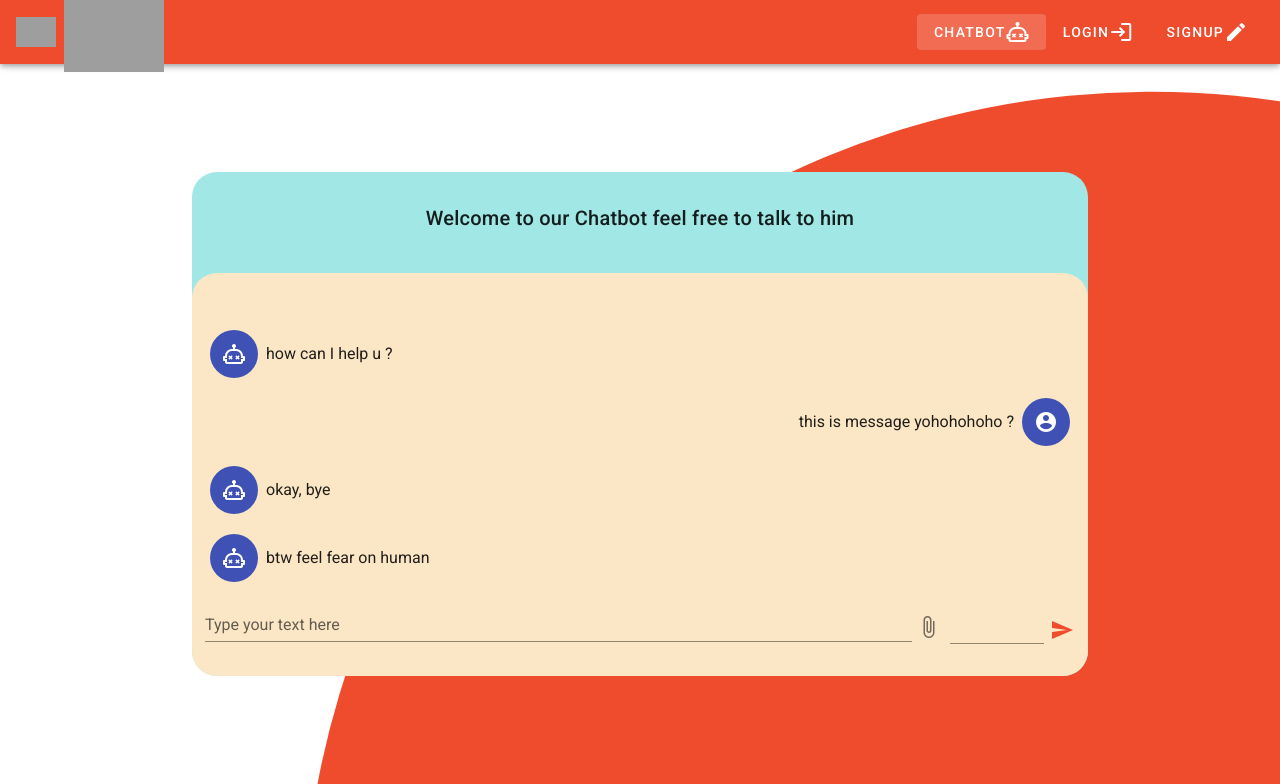
Repository: atout811/pyTorch-Hackathon
Page: /chatbot (app in frontend/)
An editor plug-in stored every save of this project. The page is shown before and after the next save, followed by the edit.
The browser window is 1280 px wide. The pictures show the whole page.
Pictures or frames that could not be fetched are drawn as grey boxes. The project was rebuilt for these pictures with package versions that can differ from the ones it lists, and the page was loaded fresh each time. Also part of the build but not shown: frontend/vue.config.js, frontend/src/views/Home.vue.

Above is the page before, as saved 2021-10-21 16:24:52.

After the next save:
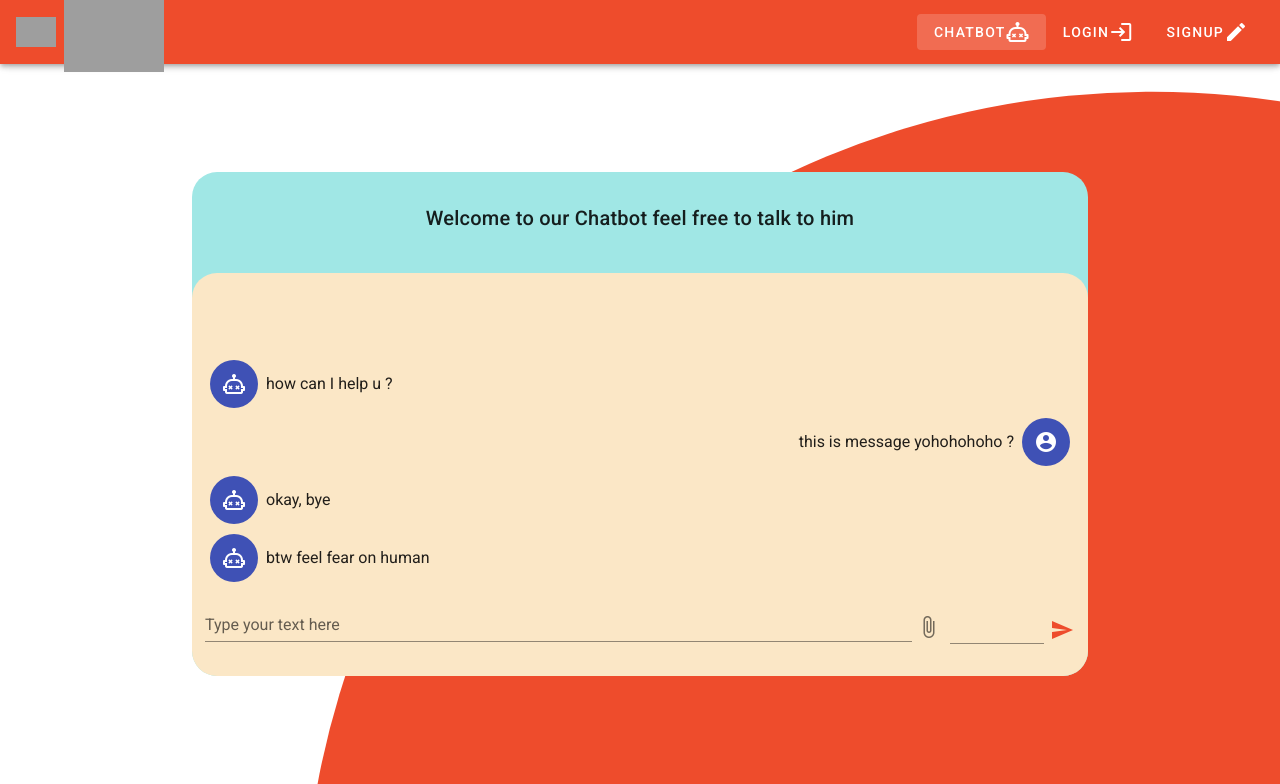
Saved 75 s later.
--- a/frontend/src/views/Chatbot.vue
+++ b/frontend/src/views/Chatbot.vue
@@ -3,18 +3,20 @@
     <div class="container">
       <h1 class="title">Welcome to our Chatbot feel free to talk to him</h1>
       <div class="chat-container">
-        <div v-for="(message, i) in chat" :key="i" class="messages">
-          <div :class="message.from == 'bot' ? 'bot' : 'user'">
-            <v-avatar class="avatar" color="indigo">
-              <v-icon dark>
-                {{
-                  message.from == "bot"
-                    ? "mdi-robot-dead-outline"
-                    : "mdi-account-circle"
-                }}
-              </v-icon>
-            </v-avatar>
-            <div class="messg">{{ message.message }}</div>
+        <div class="messages">
+          <div v-for="(message, i) in chat" :key="i" class="message">
+            <div :class="message.from == 'bot' ? 'bot' : 'user'">
+              <v-avatar class="avatar" color="indigo">
+                <v-icon dark>
+                  {{
+                    message.from == "bot"
+                      ? "mdi-robot-dead-outline"
+                      : "mdi-account-circle"
+                  }}
+                </v-icon>
+              </v-avatar>
+              <div class="messg">{{ message.message }}</div>
+            </div>
           </div>
         </div>
         <div class="input-group">
